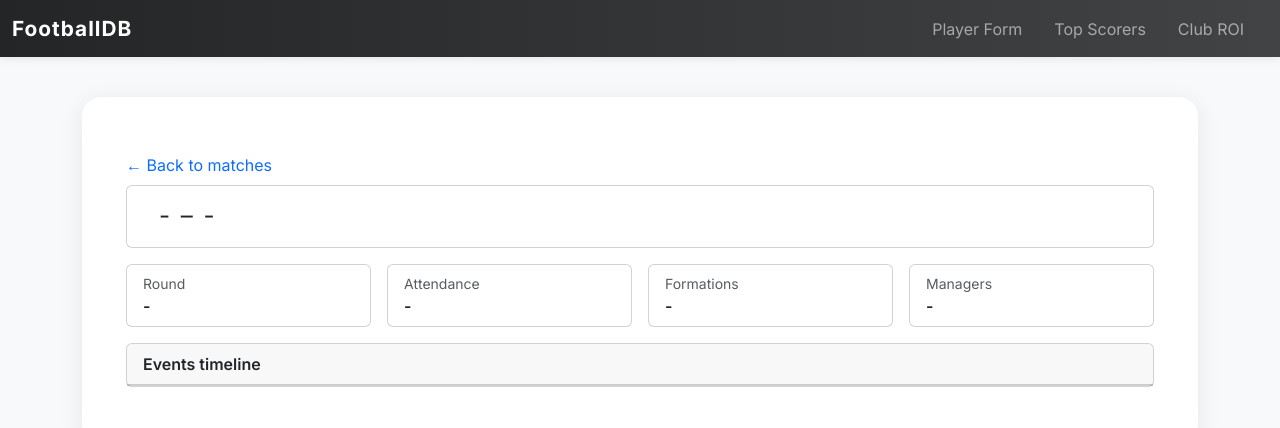
Repository: daniqusy/FootballDB
Page: http://localhost/match
These files come from the project's save history. The page is drawn as it stood at one moment and after the next save; the edit follows.
The browser window is 1280 px wide. The pictures show the whole page.
The page is served by the project's application, run on Flask 3 (app.py).

Above is the page before, as saved 2025-11-05 10:59:10.

After the next save:
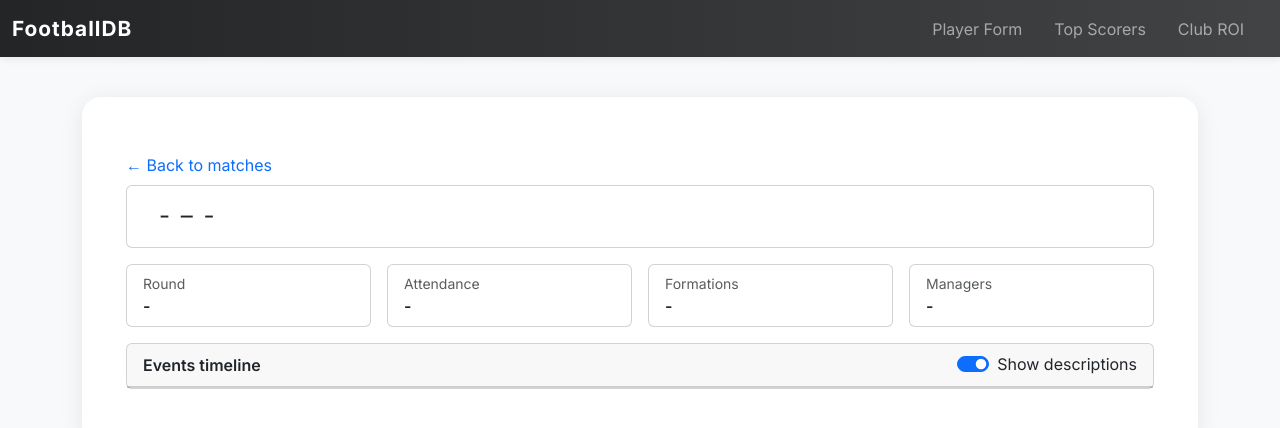
Saved 8 h 54 min later.
--- a/templates/match.html
+++ b/templates/match.html
@@ -70,8 +70,21 @@
 
   <!-- Events -->
   <div class="card">
-    <div class="card-header fw-semibold">Events timeline</div>
-    <ul id="events" class="list-group list-group-flush"></ul>
+    <div class="card-header d-flex align-items-center justify-content-between">
+      <span class="fw-semibold">Events timeline</span>
+      <div class="form-check form-switch">
+        <input
+          class="form-check-input"
+          type="checkbox"
+          id="toggle-desc"
+          checked
+        />
+        <label class="form-check-label" for="toggle-desc"
+          >Show descriptions</label
+        >
+      </div>
+    </div>
+    <div class="list-group list-group-flush" id="events"></div>
     <div id="no-events" class="text-center text-muted py-3 d-none">
       No events recorded
     </div>
